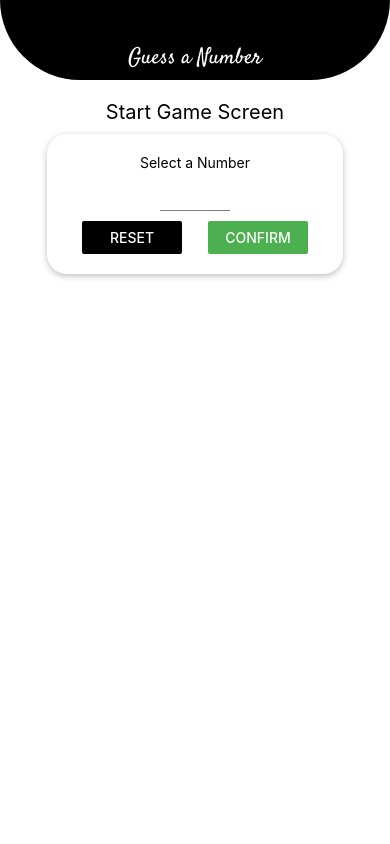
Repository: oguzhan18m/react-native-guess-number-game
Screen: /
The author's editor kept a copy of each file at every save. The screen is drawn from the files as they stood at one save, then again after the next save.
The app was drawn by React Native's web renderer in a window 390 px wide. The project was rebuilt for these pictures with package versions that can differ from the ones it lists, and the page was loaded fresh each time. Some packages were replaced by stand-ins written for this rebuild. Also part of the build but not shown: screens/GameScreen.js, screens/GameOver.js.

Above is the screen before, as saved 2021-03-04 23:14:22.

### App.js
import React, { useState } from 'react';
import { StyleSheet, Text, View } from 'react-native';
import Header from './components/Header';
import StartGameScreen from './screens/StartGameScreen';
import GameScreen from './screens/GameScreen';
import GameOver from './screens/GameOver';
import * as Font from 'expo-font';
import { useFonts } from 'expo-font';
import AppLoading from 'expo-app-loading';

const fetchFonts = () => {
  return Font.loadAsync({
    'Satisfy' : require('./assets/fonts/Satisfy-Regular.ttf'),
  })
}

export default function App() {
  const [userNumber, setUserNumber] = useState();
  const [guessRounds, setGuessRounds] = useState(0);
  const [dataLoaded , setDataLoaded] = useState(false);


  if(!dataLoaded){
    return (
      <AppLoading startAsync={fetchFonts}  onFinish={() => setDataLoaded(true)}  onError={(err)=>console.log(err)} />
    )
  }


  const configureNewGameHandler = () =>{
    setGuessRounds(0);
    setUserNumber(null);
  }

  const startGameHandler = (selectedNum) =>{
    setUserNumber(selectedNum);
  }

    const gameOverHandler = (numOfRounds) =>{
      setGuessRounds(numOfRounds);
  }

  let content = <StartGameScreen onStartGame={startGameHandler} />;

  console.log(userNumber);

  if(userNumber && guessRounds <=0 ){
    content=<GameScreen userChoice={userNumber} onGameOver={gameOverHandler} />
  }else if(guessRounds >0){
    content= <GameOver roundsNumber={guessRounds} userNumber={userNumber} configureNewGameHandler={configureNewGameHandler} />;
  }
  return (
    <View style={styles.screen}>
      <Header title='Guess a Number' />
      {content}
    </View>
  );
}

const styles = StyleSheet.create({
  screen:{
    flex:1,

  }
});

### components/Header.js
import React from 'react';
import { StyleSheet, Text, View } from 'react-native';
import Colors from '../constants/Colors';

const Header = (props) => {
    return (
        <View style={styles.header}>
            <Text style={styles.headerTitle}>{props.title}</Text>

        </View>
    )
}

const styles = StyleSheet.create({
    header:{
        width:'100%',
        height:80,
        paddingTop:36,
        backgroundColor:'black',
        alignItems:'center',
        justifyContent:'center',
        borderBottomLeftRadius:120,
        borderBottomRightRadius:120,
    },
    headerTitle:{
        color:'white',
        fontSize:22,
        fontFamily:'Satisfy',

    }
});

export default Header;

### screens/StartGameScreen.js
import React, { useState } from 'react';
import { Button, StyleSheet, Text, View, TouchableWithoutFeedback, Keyboard, Alert } from 'react-native';
import Card from '../components/Card';
import Input from '../components/Input';
import Colors from '../constants/Colors';

const StartGameScreen = (props) => {
    const [ enteredValue, setEnteredValue] = useState('');
    const [ confirmed, setConfirmed] = useState(false);
    const [ selectedNumber, setSelectedNumber] = useState();



    const numberInputHandler = (inputText) =>{
        setEnteredValue(inputText);
    }

    const resetInputHandler = () =>{
        setEnteredValue('');
        setConfirmed(false);
    }

    const confirmInputHandler = () =>{
        const chosenNumber = parseInt(enteredValue);
        if(chosenNumber === NaN || chosenNumber <= 0 || chosenNumber > 99 ){
            Alert.alert('Invalid Number!' , 'Number has to be between 1 and 99.' ,[{text:'Okay', style:'destructive', onPress:resetInputHandler}]);
            return ;
        }
        setConfirmed(true);
        setSelectedNumber(chosenNumber);
        setEnteredValue('');
        Keyboard.dismiss()
    }

    let confirmedOutput;
    if(confirmed){
        confirmedOutput = (
            <Card style={styles.summaryContainer}>
                <Text>You selected</Text>
                <View style={styles.numberContainer}>
                    <Text style={styles.theNumber}>{selectedNumber}</Text>
                </View>
                <Button title='START GAME' onPress={()=> props.onStartGame(selectedNumber)} />
            </Card>
        )
    }
    return (
        <TouchableWithoutFeedback onPress={()=>Keyboard.dismiss()}>
        <View style={styles.screen}>
            <Text style={styles.title}>Start Game Screen</Text>
            <Card style={styles.inputContainer}>
                <Text>Select a Number</Text>
                <Input  style={styles.input}
                blurOnSubmit
                autoCapitalize='none'
                autoCorrect={false}
                keyboardType='number-pad'
                maxLength={2}
                onChangeText={numberInputHandler}
                value={enteredValue}
                />
                <View style={styles.buttonContainer}>
                    <View style={styles.button}>
                    <Button title='Reset' onPress={resetInputHandler} color={Colors.accent} />
                    </View>
                    <View style={styles.button}>
                    <Button title='Confirm' onPress={confirmInputHandler} color={Colors.primary} />
                    </View>
                </View>
            </Card>
            {confirmedOutput}
        </View>
        </TouchableWithoutFeedback>
    )
}

const styles = StyleSheet.create({
    screen : {
        flex:1,
        padding:10,
        alignItems:'center',

    },
    title:{
        fontSize:20,
        marginVertical:10,

    },
    buttonContainer:{
        flexDirection:'row',
        alignItems:'center',
        justifyContent:'space-between',
        width:'100%',
        paddingHorizontal:15,
    },
    inputContainer:{
        width:300,
        maxWidth:'80%',
        alignItems:'center',
    },
    button: {
        width:100,
    },
    input:{
        width:70,
        textAlign:'center',
    },
    summaryContainer:{
        marginTop:20,
        alignItems:'center',

    },
    numberContainer:{
        borderWidth:5,
        borderColor: Colors.accent,
        padding:10,
        borderRadius:10,
        marginVertical:10,
        alignItems:'center',
        justifyContent:'center',
    },
    theNumber:{
        color:Colors.accent,
        fontSize:22,
    }

});

export default StartGameScreen;

### constants/Colors.js
export default {
    primary:'#4CAF50',
    accent:'black',
}

### components/Card.js
import React from 'react';
import { Button, StyleSheet, Text, TextInput, View } from 'react-native';

const Card = (props) => {
    return (
        <View style={{...styles.card, ...props.style}}>
            {props.children}
        </View>
    )
}



const styles = StyleSheet.create({
    card:{
        shadowColor:'black',
        shadowOffset:{width:0, height:2},
        shadowRadius:6,
        shadowOpacity:0.26,
        backgroundColor:'white',
        elevation:5,
        padding:20,
        borderRadius:20,
    }
});
export default Card;

### components/Input.js
import React from 'react';
import { Button, StyleSheet, Text, TextInput, View } from 'react-native';

const Input = (props) => {
    return (
            <TextInput {...props} style={{...styles.input , ...props.style }} />
    )
};


const styles = StyleSheet.create({
    input:{
        height:30,
        borderBottomColor:'grey',
        borderBottomWidth:1,
        marginVertical:10,
    }
});

export default Input;

After the next save:
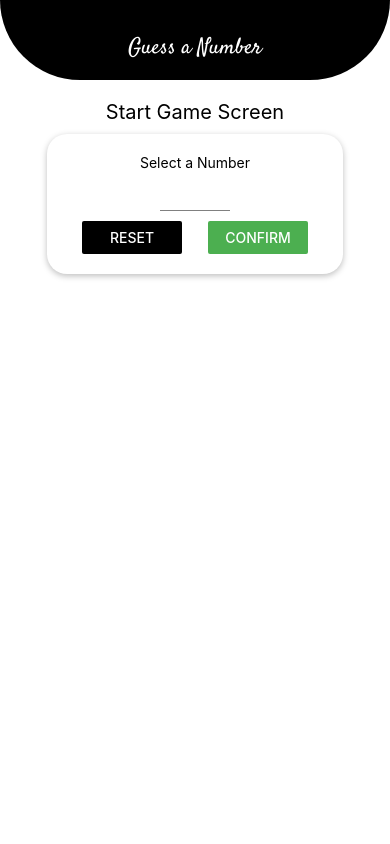
Saved 14 s later.
--- a/components/Header.js
+++ b/components/Header.js
@@ -26,7 +26,7 @@ const styles = StyleSheet.create({
         color:'white',
         fontSize:22,
         fontFamily:'Satisfy',
-
+        marginBottom:20,
     }
 });
 
